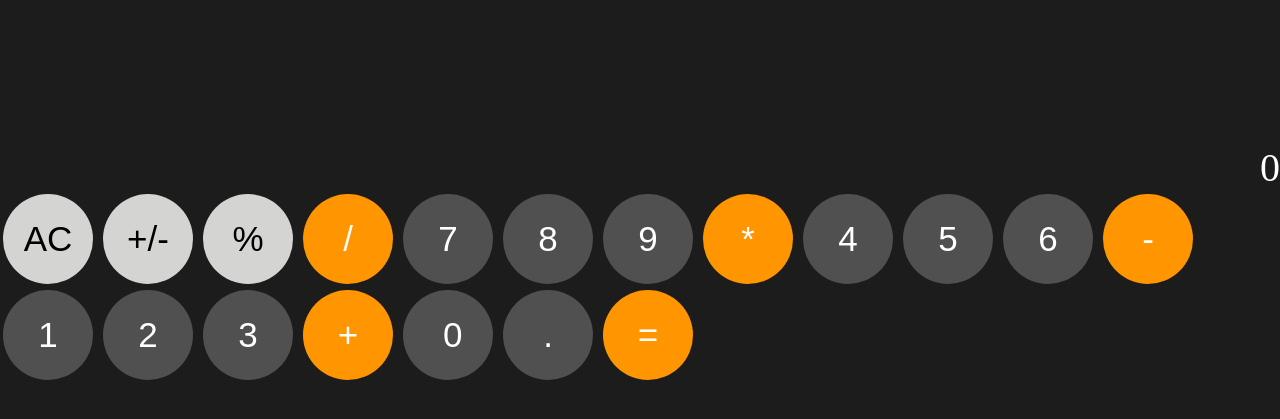
Repository: Sukhvir-Grewal/Calculator
Page: index.html
An editor plug-in stored every save of this project. The page is shown before and after the next save, followed by the edit.
The browser window is 1280 px wide. The pictures show the whole page.

Above is the page before, as saved 2023-12-07 13:02:40.

After the next save:
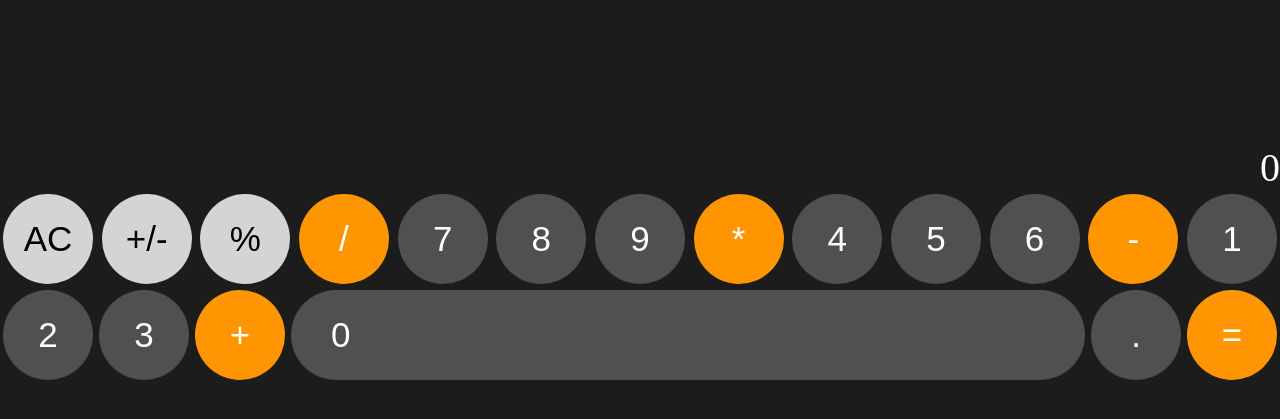
Saved 10 s later.
--- a/index.css
+++ b/index.css
@@ -8,15 +8,15 @@
 }
 
 .container {
+}
+
+.calculator {
     display: flex;
     flex-wrap: wrap;
     margin-top: 20vh;
     justify-content: space-between;
 }
 
-.calculator{
-
-}
 button {
     width: 90px;
     height: 90px;
@@ -52,6 +52,6 @@
     font-size: 40px;
 }
 
-.get_number{
+.get_number {
     margin: 20px;
 }
